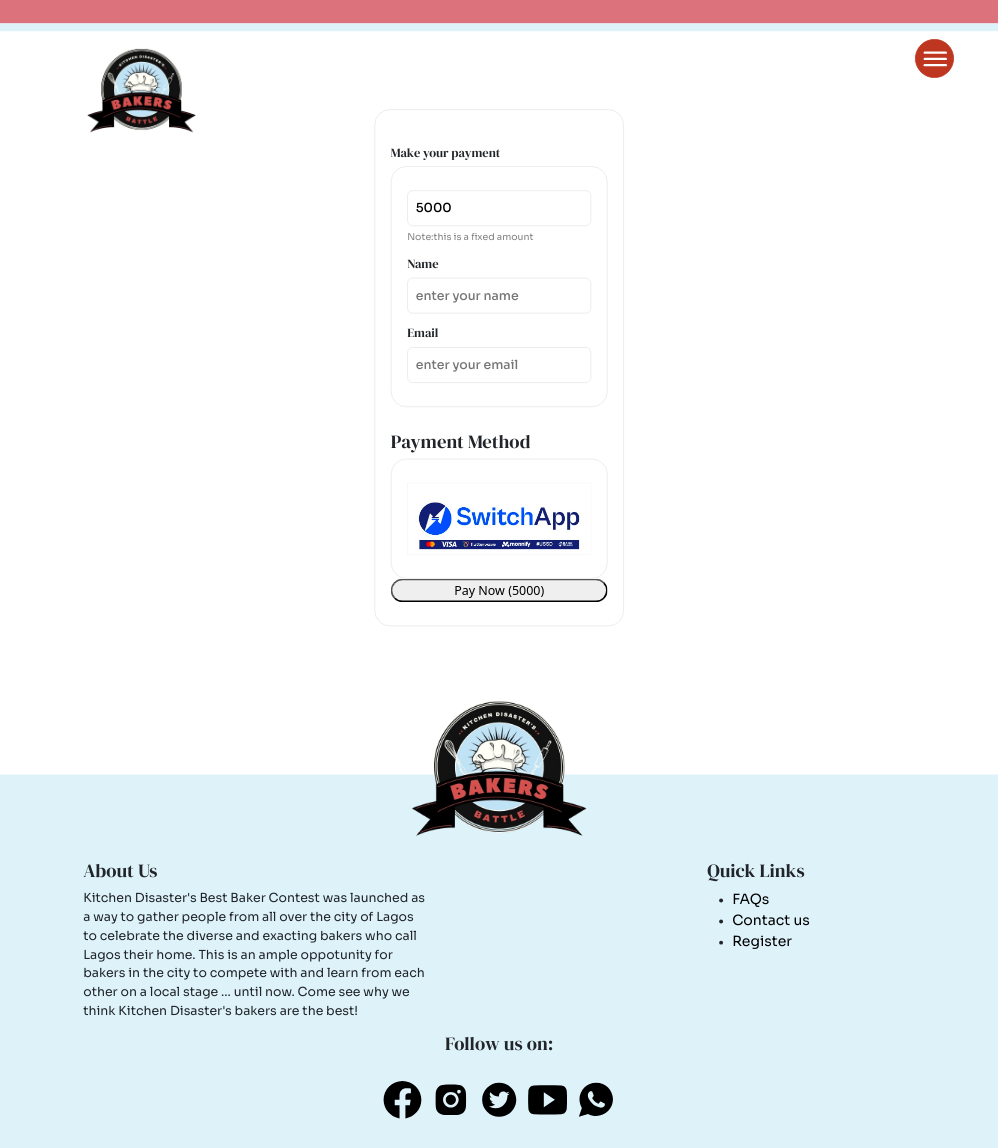
Repository: sarahnnanyelugo/bakers-battle
Page: /payment
The author's editor kept a copy of each file at every save. The page is drawn from the files as they stood at one save, then again after the next save.
The browser window is 1280 px wide. The pictures show the whole page, at 78% of full size.
The project was rebuilt for these pictures with package versions that can differ from the ones it lists, and the page was loaded fresh each time. Also part of the build but not shown: src/components/ScreenSlide/slide.scss, src/components/ScreenSlide/ScreenSlide.js, src/pages/Home/home.scss, src/pages/Home/Home.js, src/components/Title.js, src/components/FAQAccord/faq-accord.scss, src/components/FAQAccord/FAQAccord.js, src/pages/FAQ/faq.scss and 11 more.

Above is the page before, as saved 2024-07-17 20:17:50.

### src/App.js
import logo from "./logo.svg";
import "./App.scss";
import "bootstrap/dist/css/bootstrap.min.css";
import { BrowserRouter, Routes, Route, Link, Outlet } from "react-router-dom";
import { Home } from "./pages/Home/Home";
import { Navbar } from "./components/Navbar/Navbar";
import { Footer } from "./components/Footer/Footer";
import { FAQ } from "./pages/FAQ/FAQ";
import { Registration } from "./pages/Registration/Registration";
import { Contact } from "./pages/ContactPage/Contact";
import { Sponsors } from "./pages/Sponsors/Sponsors";
import ScrollToTop from "./scrollToTop";
import About from "./pages/About/About";
import { PaymentPage } from "./pages/PaymentPage/PaymentPage";
function App() {
  return (
    <>
      <ScrollToTop />
      <Navbar />
      <Routes>
        <Route path="/" element={<Home />} />{" "}
        <Route path="/faq" element={<FAQ />} />{" "}
        <Route path="/registration" element={<Registration />} />{" "}
        <Route path="/contact" element={<Contact />} />{" "}
        <Route path="/sponsors" element={<Sponsors />} />{" "}
        <Route path="/about" element={<About />} />{" "}
        <Route path="/payment" element={<PaymentPage />} />{" "}
      </Routes>
      <Footer />
    </>
  );
}

export default App;

### src/App.scss
.app-btn {
  color: #fff;
  background: #dc727c;
  padding: 5px 30px;
  border-radius: 10px;
  border: solid 4px #dc727c;
  font-size: 30px;
  &:hover {
    color: #dc727c;
    background: #fff;
    transition: 0.5s ease;
  }
}

.button-92 {
  --c: #fff;

  background: linear-gradient(90deg, #0000 33%, #fff5, #0000 67%)
      var(--_p, 100%) / 300% no-repeat,
    #dc727c;

  color: #0000;
  border: none;
  transform: perspective(500px) rotateY(calc(20deg * var(--_i, -1)));
  text-shadow: calc(var(--_i, -1) * 0.08em) -0.01em 0 var(--c),
    calc(var(--_i, -1) * -0.08em) 0.01em 2px #0004;
  outline-offset: 0.1em;
  transition: 0.3s;
}

.button-92:hover,
.button-92:focus-visible {
  --_p: 0%;
  --_i: 1;
}

.button-92:active {
  text-shadow: none;
  color: var(--c);
  box-shadow: inset 0 0 9e9Q #0005;
  transition: 0s;
}

.button-92 {
  font-weight: bold;
  font-size: 2rem;
  margin: 0;
  cursor: pointer;
  padding: 0.1em 0.3em;
}

.button-48 {
  appearance: none;
  background-color: #ffffff;
  border-width: 0;
  box-sizing: border-box;
  color: #000000;
  cursor: pointer;
  display: inline-block;
  font-size: 14px;
  font-weight: 500;
  letter-spacing: 0;
  line-height: 1em;
  margin: 0;
  opacity: 1;
  outline: 0;
  padding: 1.5em 4px;
  position: relative;
  text-align: center;
  text-decoration: none;
  text-rendering: geometricprecision;
  text-transform: uppercase;
  transition: opacity 300ms cubic-bezier(0.694, 0, 0.335, 1),
    background-color 100ms cubic-bezier(0.694, 0, 0.335, 1),
    color 100ms cubic-bezier(0.694, 0, 0.335, 1);
  user-select: none;
  -webkit-user-select: none;
  touch-action: manipulation;
  vertical-align: baseline;
  white-space: nowrap;
}

.button-48:before {
  animation: opacityFallbackOut 0.5s step-end forwards;
  backface-visibility: hidden;
  background-color: #ebebeb;
  clip-path: polygon(-1% 0, 0 0, -25% 100%, -1% 100%);
  content: "";
  height: 100%;
  left: 0;
  position: absolute;
  top: 0;
  transform: translateZ(0);
  transition: clip-path 0.5s cubic-bezier(0.165, 0.84, 0.44, 1),
    -webkit-clip-path 0.5s cubic-bezier(0.165, 0.84, 0.44, 1);
  width: 100%;
}

.button-48:hover:before {
  animation: opacityFallbackIn 0s step-start forwards;
  clip-path: polygon(0 0, 101% 0, 101% 101%, 0 101%);
}

.button-48:after {
  background-color: #ffffff;
}

.button-48 span {
  z-index: 1;
  position: relative;
}
@font-face {
  font-family: SoraM;
  src: url(./assets/fonts/sora/Sora-Medium.ttf);
}
@font-face {
  font-family: nick;
  src: url(./assets/fonts/nick/Nickainley-Normal.ttf);
}
@font-face {
  font-family: SoraB;
  src: url(./assets/fonts/sora/Sora-Bold.ttf);
}
@font-face {
  font-family: SoraEB;
  src: url(./assets/fonts/sora/Sora-ExtraBold.ttf);
}
@font-face {
  font-family: SoraR;
  src: url(./assets/fonts/sora/Sora-Regular.ttf);
}
@font-face {
  font-family: SoraSB;
  src: url(./assets/fonts/sora/Sora-SemiBold.ttf);
}
@font-face {
  font-family: SoraL;
  src: url(./assets/fonts/sora/Sora-Light.ttf);
}
@font-face {
  font-family: SerifR;
  src: url(./assets/fonts/serif/DMSerifDisplay-Regular.ttf);
}
@font-face {
  font-family: SerifI;
  src: url(./assets/fonts/serif/DMSerifDisplay-Italic.ttf);
}
h1,
h2,
h3,
h4,
h5,
h6 {
  font-family: SerifR;
}

p,
li,
a,
small {
  font-family: SoraR;
}
button {
  font-family: SoraSB;
}
.mobile-padding {
  @media screen and (max-width: 820px) {
    padding-right: 7px;
    padding-left: 7px;
  }
}

### src/components/Navbar/Navbar.js
import React, { useEffect, useState } from "react";
import "./navbar.scss";
import Logo from "../../assets/images/logo2.png";
import Flier from "../../assets/images/flier2.jpeg";
import { Link } from "react-router-dom";
import { Title } from "../Title";
export const Navbar = () => {
  const [isMenuOpen, setIsMenuOpen] = useState(false);
  const toggleMenu = () => {
    setIsMenuOpen(!isMenuOpen);
  };

  // Step 2: Create a function to handle checkbox changes
  const handleCheckboxChange = (event) => {
    setIsMenuOpen(event.target.checked);
  };

  // Step 3: Use useEffect to track checkbox status changes
  useEffect(() => {
    // Code to run when isMenuOpen changes
    console.log(`Checkbox is now ${isMenuOpen ? "checked" : "unchecked"}`);
  }, [isMenuOpen]); // Dependency array contains isMenuOpen

  // Function to close menu
  const closeMenu = () => {
    setIsMenuOpen(false);
  };
  return (
    <>
      <div style={{ height: "30px", background: "#DC727C" }} />
      <div style={{ height: "10px", background: "#DEF2FA" }} />

      <main>
        <div
          className="col-md-2 offset-md-1"
          style={{ position: "relative", zIndex: 220 }}
        >
          {" "}
          <Link to={"/"}>
            <img className="img2" src={Logo} alt="Scholar" width="70%" />
          </Link>
        </div>
        <center>
          <h1 style={{ color: " black", fontSize: "90px" }}></h1>
        </center>

        <input
          type="checkbox"
          id="myInput"
          checked={isMenuOpen}
          onChange={handleCheckboxChange}
        />
        <label for="myInput" className="offset-md-11 tog">
          <span class="bar top"></span>
          <span class="bar middle"></span>
          <span class="bar bottom"></span>
        </label>

        <aside>
          <div class="aside-section aside-left col-md-4">
            <div class="aside-content">
              <img
                className="img col-md-12 offset-md-"
                src={Flier}
                alt="Scholar"
                width="100%"
              />
            </div>
          </div>
          <div class="aside-section aside-right col-md-8 ">
            <div className="col-md-4 offset-md-4">
              {" "}
              <ul class="aside-list ">
                <li>
                  <Link to={"/"} class="aside-anchor" onClick={closeMenu}>
                    HOME
                  </Link>
                </li>
                <li>
                  <Link to={"/about"} class="aside-anchor" onClick={closeMenu}>
                    ABOUT
                  </Link>
                </li>
                <li>
                  <Link to={"/faq"} class="aside-anchor" onClick={closeMenu}>
                    FAQs
                  </Link>
                </li>
                <li onClick={closeMenu}>
                  <Link to={"/sponsors"} class="aside-anchor">
                    SPONSORS
                  </Link>
                </li>{" "}
                <li onClick={closeMenu}>
                  <Link to={"/contact"} class="aside-anchor">
                    CONTACT
                  </Link>
                </li>
                <li onClick={closeMenu}>
                  <Link to={"/registration"} class="aside-anchor">
                    REGISTER
                  </Link>
                </li>
              </ul>
            </div>
          </div>
        </aside>
      </main>
    </>
  );
};

### src/components/Footer/Footer.js
import React from "react";
import "./footer.scss";
import Logo from "../../assets/images/logo2.png";
import { Link } from "react-router-dom";
import { FaFacebook } from "react-icons/fa";
import { AiFillInstagram } from "react-icons/ai";
import { IoLogoYoutube } from "react-icons/io";
import { IoLogoWhatsapp } from "react-icons/io";
import { AiFillTwitterCircle } from "react-icons/ai";

export const Footer = () => {
  return (
    <footer>
      <center>
        <div className="col-md-3">
          <img className="img2" src={Logo} alt="Scholar" width="75%" />
        </div>
      </center>{" "}
      <div className="d-md-flex col-md-10 offset-md-1 mobile-padding">
        <div className="col-md-5">
          <h4>About Us</h4>
          <p>
            Kitchen Disaster's Best Baker Contest was launched as a way to
            gather people from all over the city of Lagos to celebrate the
            diverse and exacting bakers who call Lagos their home. This is an
            ample oppotunity for bakers in the city to compete with and learn
            from each other on a local stage ... until now. Come see why we
            think Kitchen Disaster's bakers are the best!
          </p>
        </div>
        <div className="col-md-2 offset-md-4">
          <h4>Quick Links</h4>
          <ul>
            <li>
              <Link to={"/"}>FAQs</Link>
            </li>{" "}
            <li>
              <Link to={"/"}>Contact us</Link>
            </li>{" "}
            <li>
              <Link to={"/"}>Register</Link>
            </li>{" "}
          </ul>
        </div>
      </div>
      <center>
        <h4>Follow us on:</h4>
        <ul className="list-inline media-links">
          <li className="list-inline-item">
            <Link to={"/"}>
              <FaFacebook style={{ fontSize: "50px" }} />
            </Link>
          </li>{" "}
          <li className="list-inline-item">
            <Link to={"/"}>
              <AiFillInstagram style={{ fontSize: "50px" }} />
            </Link>
          </li>{" "}
          <li className="list-inline-item">
            <Link to={"/"}>
              <AiFillTwitterCircle style={{ fontSize: "50px" }} />
            </Link>
          </li>{" "}
          <li className="list-inline-item">
            <Link to={"/"}>
              <IoLogoYoutube style={{ fontSize: "50px" }} />
            </Link>
          </li>{" "}
          <li className="list-inline-item">
            <Link to={"/"}>
              <IoLogoWhatsapp style={{ fontSize: "50px" }} />
            </Link>
          </li>
        </ul>
      </center>
    </footer>
  );
};

### src/pages/PaymentPage/PaymentPage.js
import React from "react";
import "./payment-page.scss";
import Switch from "../../assets/images/switch.png";

export const PaymentPage = () => {
  return (
    <>
      <div className="payment-div">
        {" "}
        <center>
          <div className="col-md-3 payment-form">
            <h6>Make your payment</h6>
            <div className="payment-form">
              <input value="5000" readOnly />
              <small>Note:this is a fixed amount</small>
              <h6>Name</h6>
              <input type="text" placeholder="enter your name" />
              <h6>Email</h6>
              <input type="text" placeholder="enter your email" />
            </div>
            <h4>Payment Method</h4>
            <div className="payment-form">
              <img src={Switch} width="100%" alt="payment logo" />
            </div>
            <center>
              <button>Pay Now (5000)</button>
            </center>
          </div>
        </center>
      </div>
    </>
  );
};

### src/components/Navbar/navbar.scss
main {
  height: 800px;
  position: relative;
  overflow: hidden;
}

.aside-section {
  top: 0;
  bottom: 0;
  position: absolute;
}

.aside-left {
  display: none;
  width: 40%;
  left: 0;
  background: #dc727c;

  -webkit-transform: translateY(-100%);
  -moz-transform: translateY(-100%);
  -ms-transform: translateY(-100%);
  -o-transform: translateY(-100%);
  transform: translateY(-100%);
  transition: transform 0.9s ease-in-out;
}

.aside-right {
  width: 100%;
  right: 0;
  background-color: #def2fa;
  -webkit-transform: translateX(100%);
  -moz-transform: translateX(100%);
  -ms-transform: translateX(100%);
  -o-transform: translateX(100%);
  transform: translateX(100%);
  transition: transform 0.9s ease-in-out;
}

.aside-list {
  list-style: none;
  padding: 0;
  margin: 0;
  margin-top: 150px;
  text-align: left;
  padding-left: 50px;
}

.aside-content {
  //   margin-top: 150px;
  padding: 0 40px;
  position: relative;
  color: white;
  text-align: center;
}

.aside-list li {
  margin-bottom: 20px;
}

.aside-anchor::after {
  content: "";
  position: absolute;
  bottom: 0;
  background-color: #ff5964;
  left: 0;
  right: 0;
  height: 6px;
  border-radius: 6px;
}

.aside-anchor::before {
  border-radius: 3px;
  content: "";
  position: absolute;
  bottom: 0;
  background-color: rgb(9, 1, 1);
  left: 0;
  height: 6px;
  z-index: 1;
  width: 50%;
  -webkit-transition: transform 0.2s ease-in-out;
  -o-transition: transform 0.2s ease-in-out;
  transition: transform 0.2s ease-in-out;
}

.aside-anchor:hover:before {
  -webkit-transform: translateX(100%);
  -moz-transform: translateX(100%);
  -ms-transform: translateX(100%);
  -o-transform: translateX(100%);
  transform: translateX(100%);
}

.aside-anchor {
  padding-bottom: 7px;
  color: rgb(14, 14, 14);
  text-decoration: none;
  font-size: 30px;
  position: relative;
  font-weight: 500;
}

input[type="checkbox"] {
  display: none;
}

input[type="checkbox"]:checked ~ aside .aside-left {
  transform: translateY(0%);
}

input[type="checkbox"]:checked ~ aside .aside-right {
  transform: translateX(0%);
}

input[type="checkbox"]:checked ~ label .bar {
  background-color: #fff;
}

input[type="checkbox"]:checked ~ label .top {
  -webkit-transform: translateY(0px) rotateZ(45deg);
  -moz-transform: translateY(0px) rotateZ(45deg);
  -ms-transform: translateY(0px) rotateZ(45deg);
  -o-transform: translateY(0px) rotateZ(45deg);
  transform: translateY(0px) rotateZ(45deg);
}

input[type="checkbox"]:checked ~ label .bottom {
  -webkit-transform: translateY(-15px) rotateZ(-45deg);
  -moz-transform: translateY(-15px) rotateZ(-45deg);
  -ms-transform: translateY(-15px) rotateZ(-45deg);
  -o-transform: translateY(-15px) rotateZ(-45deg);
  transform: translateY(-15px) rotateZ(-45deg);
}

input[type="checkbox"]:checked ~ label .middle {
  width: 0;
}

.middle {
  margin: 0 auto;
}

label {
  top: 40px;
  display: inline-block;
  padding: 10px 10px;
  background-color: transparent;
  cursor: pointer;
  margin: 10px;
  z-index: 3;
  position: fixed;
}

.bar {
  display: block;
  background-color: #fff;
  width: 30px;
  height: 3px;
  border-radius: 5px;
  margin: 5px auto;
  transition: background-color 0.4s ease-in, transform 0.4s ease-in,
    width 0.4s ease-in;
}

@media (min-width: 992px) {
  h1 {
    font-size: 40px;
  }
  .aside-left {
    display: block;
  }

  .aside-right {
    width: 60%;
  }
}
.tog {
  height: 50px;
  width: 50px;
  border: solid 1px #be3520;
  background: #be3520;
  border-radius: 50%;
  // position: fixed;
  // z-index: 230;
}
.img2 {
}

### src/components/Footer/footer.scss
footer {
  background: #def2fa;
  //   padding-top: 30px;
  padding-bottom: 20px;
  margin-top: 190px;
  img {
    margin-top: -130px;
  }
  a {
    color: #000;
    text-decoration: none;
    font-size: 18px;
    &:hover {
      color: #dc727c;
    }
  }
}
.media-links {
  li {
    font-size: 50px !important;
  }
}

### src/pages/PaymentPage/payment-page.scss
.payment-form {
  border: solid 1px #e7e7e7;
  border-radius: 20px;
  padding: 30px 20px;
  text-align: left;
  input {
    width: 100%;
    border: solid 1px #e7e7e7;
    padding: 10px;
    border-radius: 7px;
    position: relative;
    z-index: 20;
    font-family: soraM;
  }
  h6 {
    margin-top: 15px;
  }
  small {
    color: grey;
    font-size: 12px;
  }
  h4 {
    margin-top: 30px;
  }
  button {
    width: 100%;
    border-radius: 20px;
  }
}
.payment-div {
  margin-top: -700px;
}

Loaded but not shown: public/index.html (common file); src/index.js (common file); src/index.css (common file); src/reportWebVitals.js (common file); src/scrollToTop.js (common file)

After the next save:
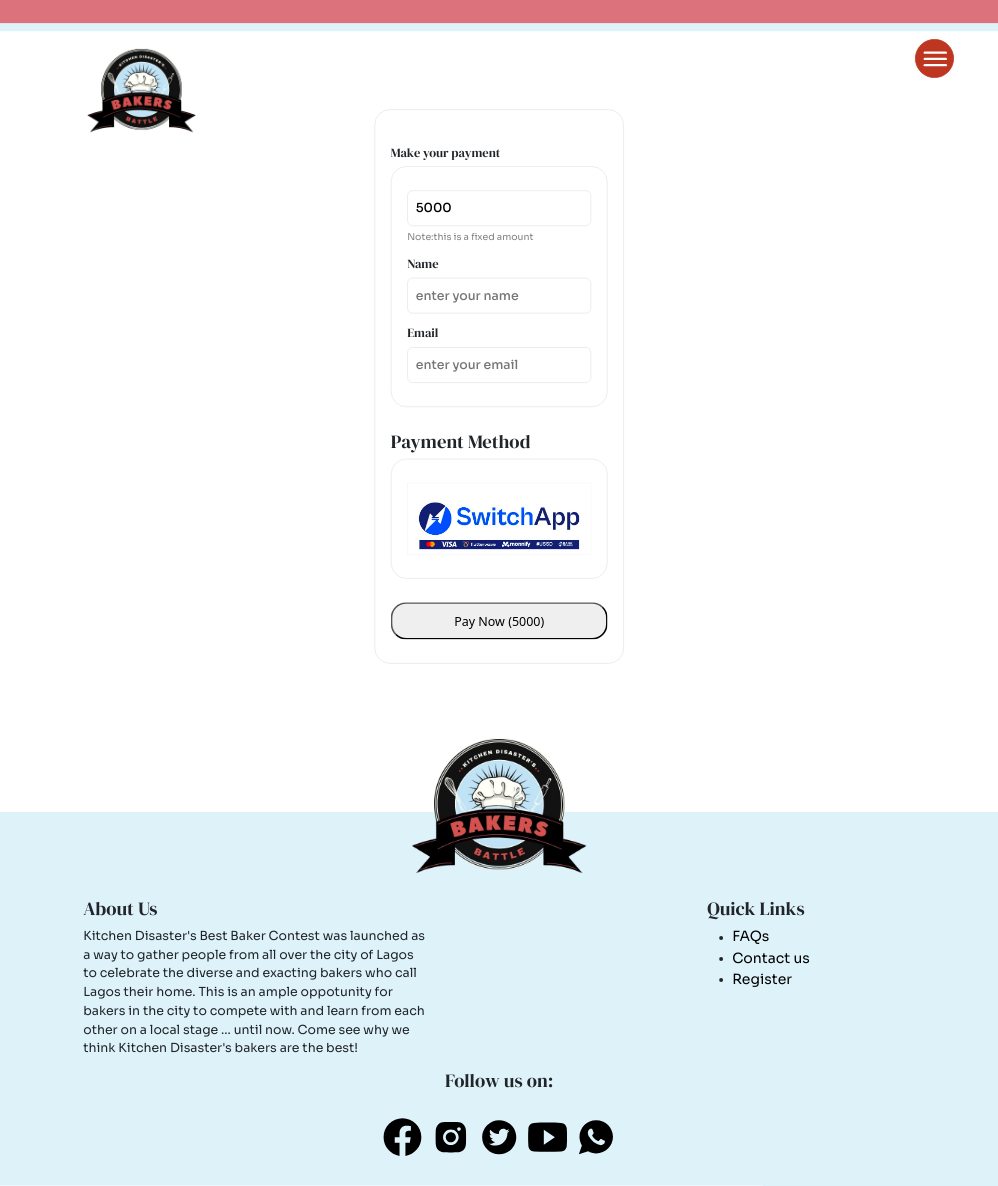
Saved 26 s later.
--- a/src/pages/PaymentPage/payment-page.scss
+++ b/src/pages/PaymentPage/payment-page.scss
@@ -25,6 +25,8 @@
   button {
     width: 100%;
     border-radius: 20px;
+    padding: 10px;
+    margin-top: 30px;
   }
 }
 .payment-div {
